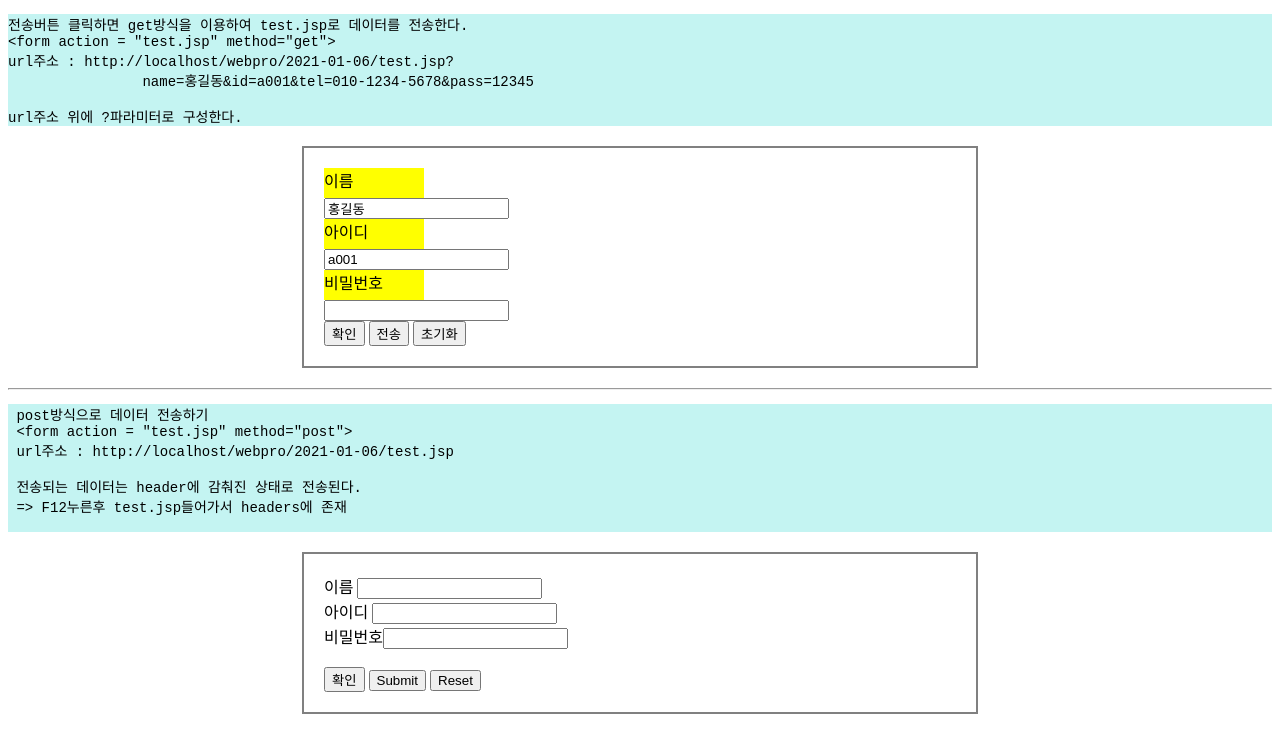
Repository: yul3220/WebProgrammingLecture
Page: webpro/WebContent/2021-01-06/폼양식.html
An editor plug-in stored every save of this project. The page is shown before and after the next save, followed by the edit.
The browser window is 1280 px wide. The pictures show the whole page.

Above is the page before, as saved 2021-01-07 00:15:32.

After the next save:
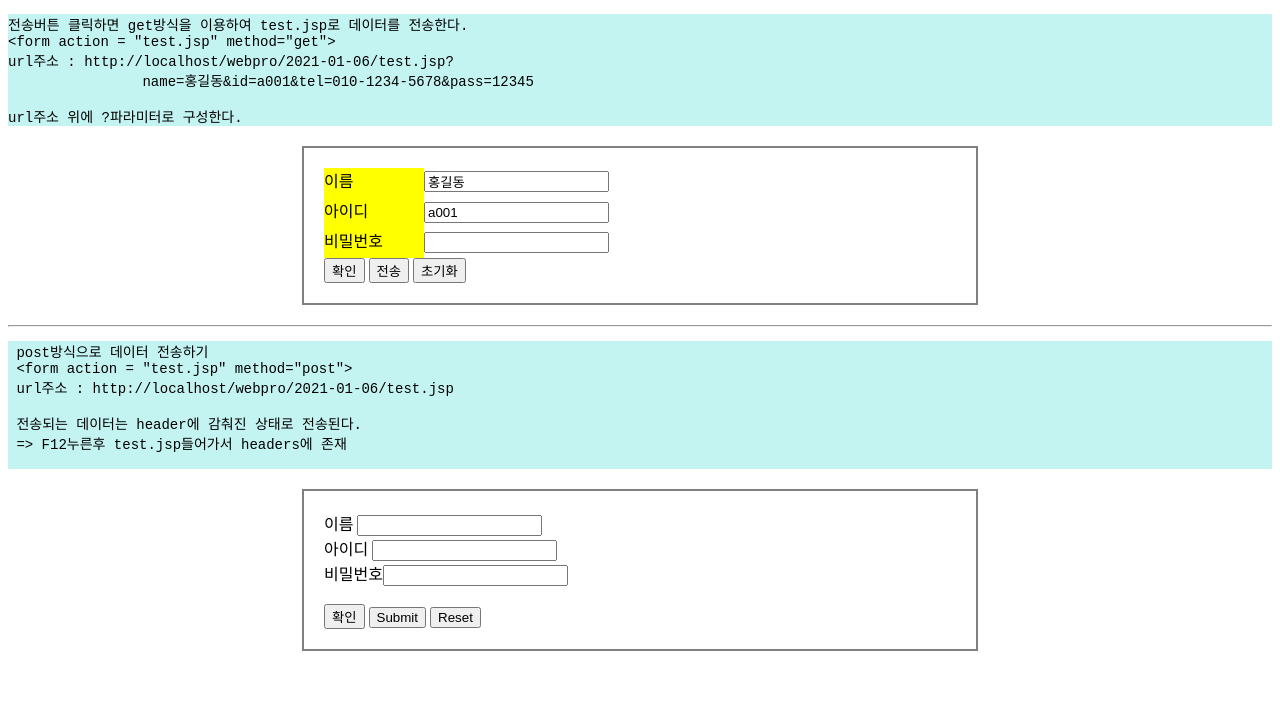
Saved 65 s later.
--- a/webpro/WebContent/2021-01-06/폼양식.html
+++ b/webpro/WebContent/2021-01-06/폼양식.html
@@ -12,7 +12,7 @@
 		margin : 20px auto;
 	}
 	label{
-		display : block;/*none; inline; block; inline-block;*/
+		display : inline-block; /*none; inline; block; inline-block;*/
 		background : yellow;
 		width : 100px;
 		height : 30px;
